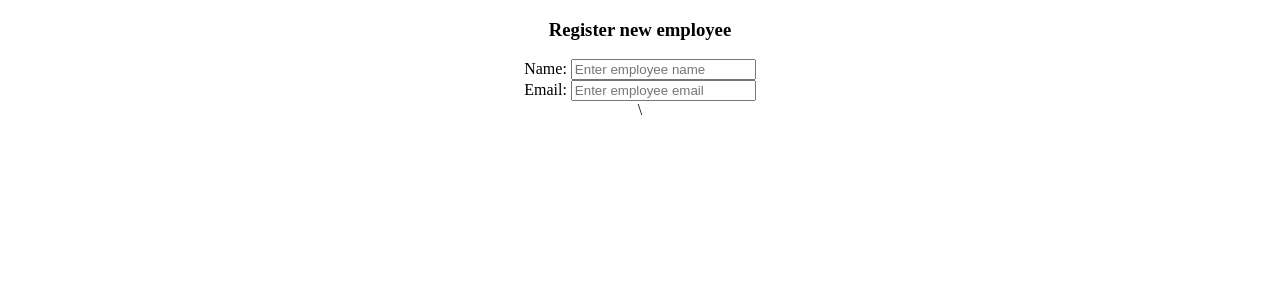
Repository: ArmanAli-cmd/EmployeeProjectDepartmentApplication
Page: http://localhost/EmployeeProjectDepartmentMVCApplication/views/employee-signup.jsp
An editor plug-in stored every save of this project. The page is shown before and after the next save, followed by the edit.
The browser window is 1280 px wide. The pictures show the whole page.
The page is served by Tomcat 9. Other server files are loaded and not shown.

Above is the page before, as saved 2024-01-17 10:20:32.

### EmployeeProjectDepartmentMVCApplication/src/main/webapp/views/employee-signup.jsp
<%@ page language="java" contentType="text/html; charset=ISO-8859-1"
    pageEncoding="ISO-8859-1"%>
<!DOCTYPE html>
<html>
<head>
<meta charset="ISO-8859-1">
<title>Employee Sign Up Page</title>
</head>
<body style="text-align: center;">
<h3>Register new employee</h3>
<form action="/employees/add" method="post">
Name: <input type="text" name="name" placeholder="Enter employee name" required><br>
Email: <input type="text" name="email" placeholder="Enter employee email" required><br>\

</form>

</body>
</html>

After the next save:
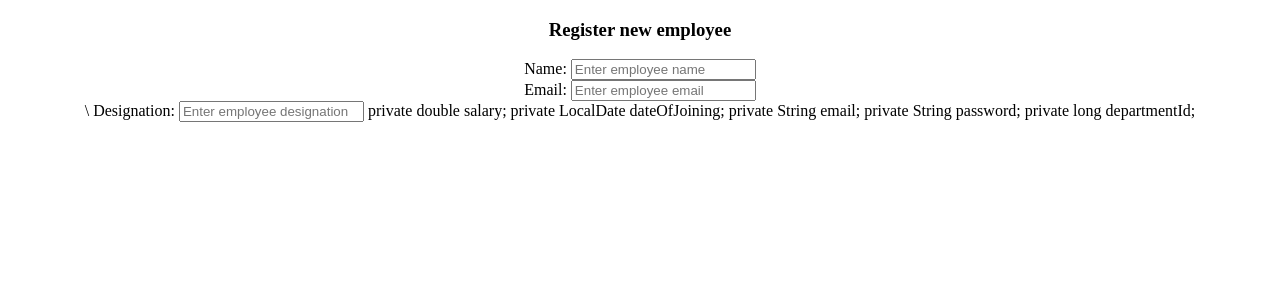
Saved 2 min 16 s later.
--- a/EmployeeProjectDepartmentMVCApplication/src/main/webapp/views/employee-signup.jsp
+++ b/EmployeeProjectDepartmentMVCApplication/src/main/webapp/views/employee-signup.jsp
@@ -11,7 +11,12 @@
 <form action="/employees/add" method="post">
 Name: <input type="text" name="name" placeholder="Enter employee name" required><br>
 Email: <input type="text" name="email" placeholder="Enter employee email" required><br>\
-
+Designation: <input type="text" name="designation" placeholder="Enter employee designation">
+	private double salary;
+	private LocalDate dateOfJoining;
+	private String email;
+	private String password;
+	private long departmentId;
 </form>
 
 </body>
